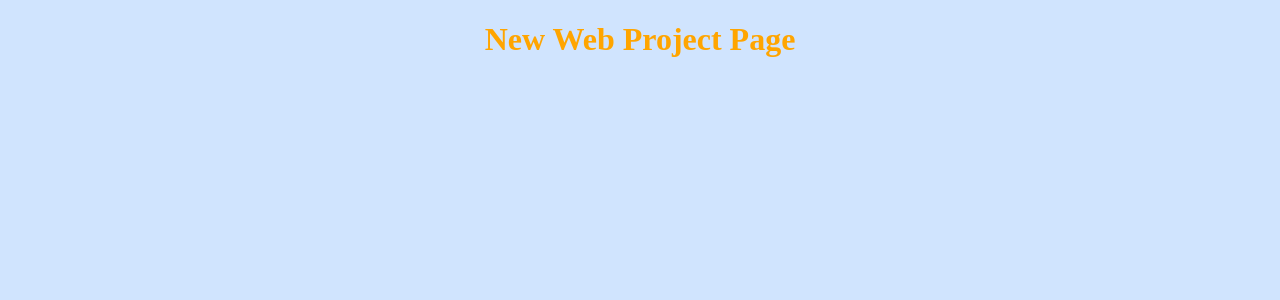
Repository: ericluo1123/myWebCode
Page: myWebProject/index.html
These files come from the project's save history. The page is drawn as it stood at one moment and after the next save; the edit follows.
The browser window is 1280 px wide. The pictures show the whole page.

Above is the page before, as saved 2014-10-23 02:14:59.

### myWebProject/index.html
<!DOCTYPE HTML PUBLIC "-//W3C//DTD HTML 4.01 Transitional//EN"
"http://www.w3.org/TR/html4/loose.dtd">
<html xmlns="http://www.w3.org/1999/xhtml">
	<head>
		<!-- <link rel=stylesheet type="text/css" href="myCSS.css"> -->
		<style type="text/css">
			@import url(myCSS.css);
		</style>

		<script type="text/javascript" 	src="C:\Users\taianluo\Documents\GitHub\myWebCode\myWebProject\myJavascript.js"></script>
		<meta http-equiv="Content-Type" content="text/html; charset=utf-8" />
		<title>New Web Project</title>
	</head>
	<body>
		<h1>New Web Project Page</h1>
	</body>
</html>

### myWebProject/myCSS.css
body {
	background-color: #d0e4fe;
}

h1 {
	color: orange;
	text-align: center;
}

p {
	font-family: "Times New Roman";
	font-size: 20px;
}

After the next save:
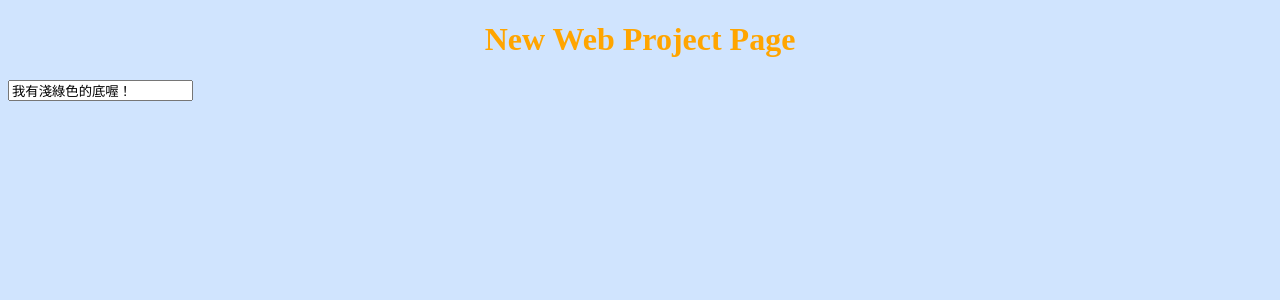
Saved 85 s later.
--- a/myWebProject/index.html
+++ b/myWebProject/index.html
@@ -13,5 +13,6 @@
 	</head>
 	<body>
 		<h1>New Web Project Page</h1>
+		<input type="Text" value="我有淺綠色的底喔！">
 	</body>
 </html>
